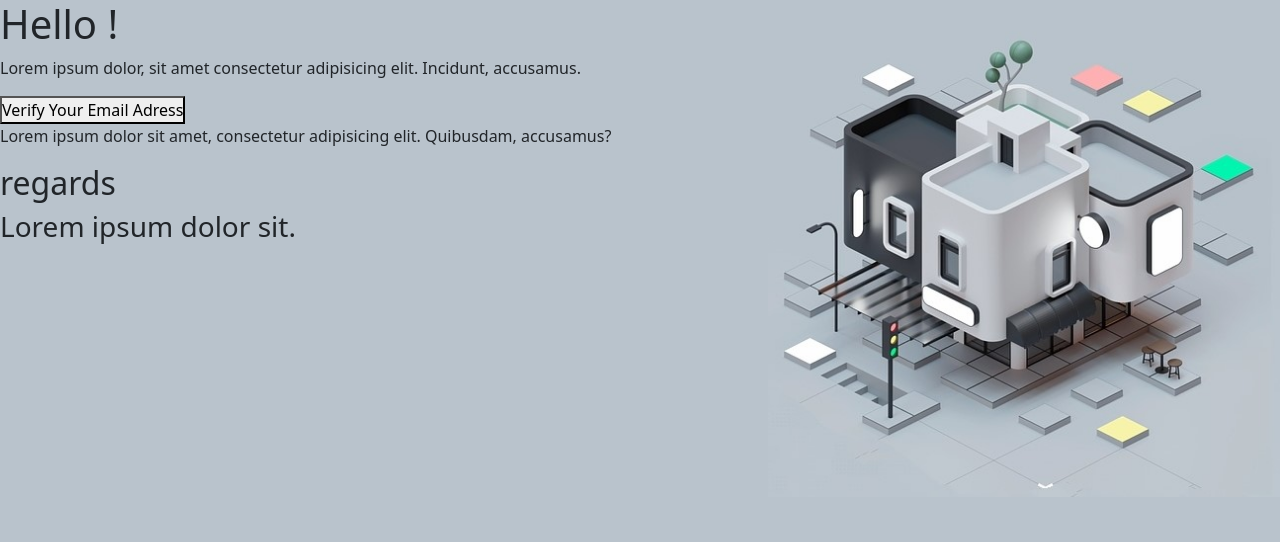
Repository: Aayush919/taskui
Page: index.html
These files come from the project's save history. The page is drawn as it stood at one moment and after the next save; the edit follows.
The browser window is 1280 px wide. The pictures show the whole page.

Above is the page before, as saved 2024-01-12 12:39:55.

### index.html
<!doctype html>
<html lang="en">

<head>
    <meta charset="utf-8">
    <meta name="viewport" content="width=device-width, initial-scale=1">
    <title>Bootstrap demo</title>
    <link href="https://cdn.jsdelivr.net/npm/bootstrap@5.3.2/dist/css/bootstrap.min.css" rel="stylesheet"
        integrity="sha384-T3c6CoIi6uLrA9TneNEoa7RxnatzjcDSCmG1MXxSR1GAsXEV/Dwwykc2MPK8M2HN" crossorigin="anonymous">
        <link rel="stylesheet" href="style.css">
</head>

<body>



    <div class="custom-bg">
        <div class="right">
          <div class="top">
            <h1>Hello !</h1>
            <p>Lorem ipsum dolor, sit amet consectetur adipisicing elit. Incidunt, accusamus.</p>
            <button>Verify Your Email Adress</button>
            <p>Lorem ipsum dolor sit amet, consectetur adipisicing elit. Quibusdam, accusamus?</p>
            <h2>regards</h2>
            <h3>Lorem ipsum dolor sit.</h3>
          </div>
        </div>
        <div class="left">
            <img src="./bg.jpg" alt="" class="img-fluid">
        </div>

    </div>

    <script src="https://cdn.jsdelivr.net/npm/bootstrap@5.3.2/dist/js/bootstrap.bundle.min.js"
        integrity="sha384-C6RzsynM9kWDrMNeT87bh95OGNyZPhcTNXj1NW7RuBCsyN/o0jlpcV8Qyq46cDfL"
        crossorigin="anonymous"></script>
</body>

</html>

<!-- -->

### style.css
*{
margin: 0;
padding: 0;
box-sizing: border-box;
}


html,body{
    height: 100%;
    width: 100%;

}

.custom-bg{
    background-color:#B9C3CC;
    height: 100%;
    width: 100%;
    display: flex;
    justify-content: space-between;


}

@media(max-width:667px){
    .custom-bg{
        flex-direction: column;
    }
}


.custom-bg .left img{
    right: 0px;

}

.right{
    width: 60%;
}
.left{
    width: 40%;
}
/*
.right{
    display:flex;
    align-items:center;
    justify-content:center;

} */
/*
.right .top{
    display:flex;
    flex-direction: column;
    align-items: center;
    height: 400px;


} */

After the next save:
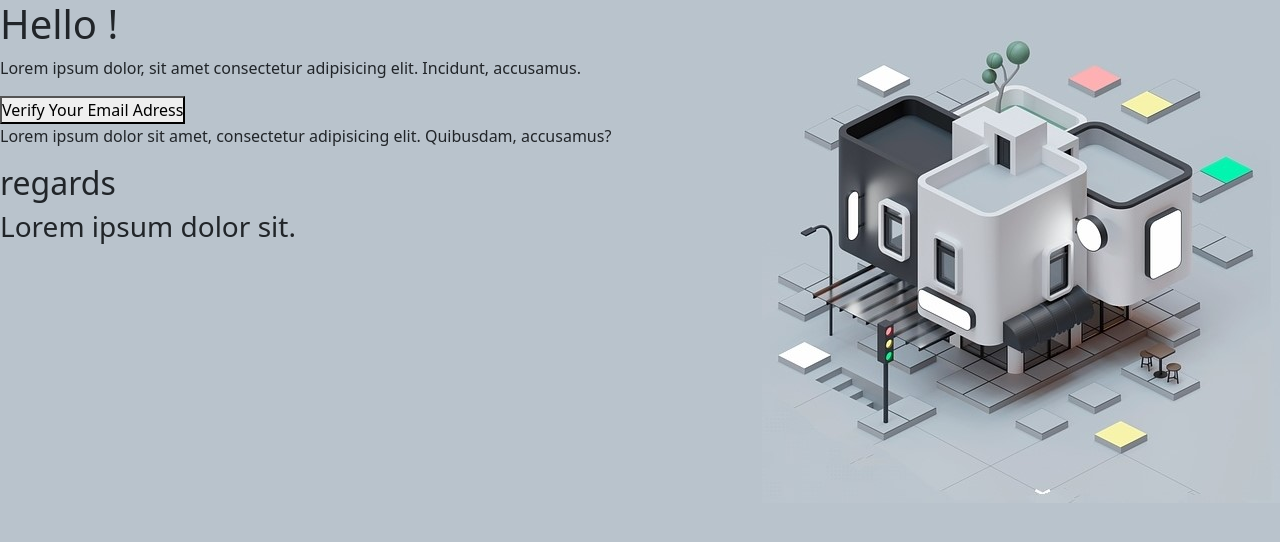
Saved 12 s later.
--- a/style.css
+++ b/style.css
@@ -33,12 +33,6 @@ html,body{
 
 }
 
-.right{
-    width: 60%;
-}
-.left{
-    width: 40%;
-}
 /*
 .right{
     display:flex;
